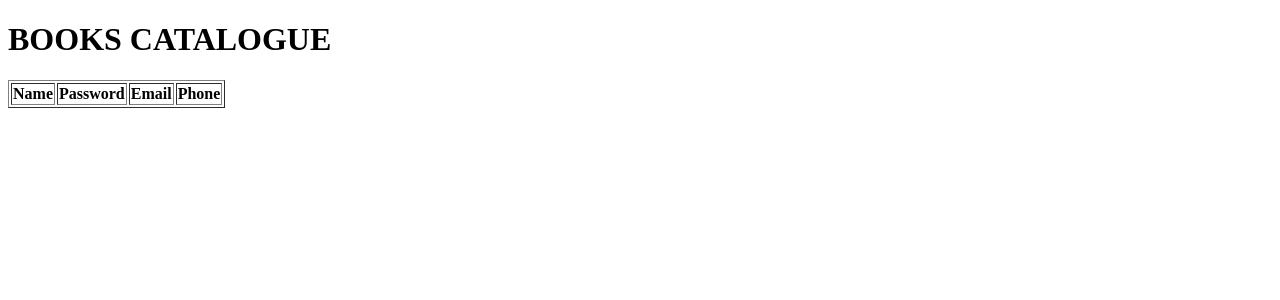
Repository: nikhilbad7/jsp-practicals
Page: http://localhost/classwork/exp12showbooks.jsp
An editor plug-in stored every save of this project. The page is shown before and after the next save, followed by the edit.
The browser window is 1280 px wide. The pictures show the whole page.
The page is served by Tomcat 9. Queries for data that is not in the repository find no rows.

Above is the page before, as saved 2018-04-11 08:58:06.

After the next save:
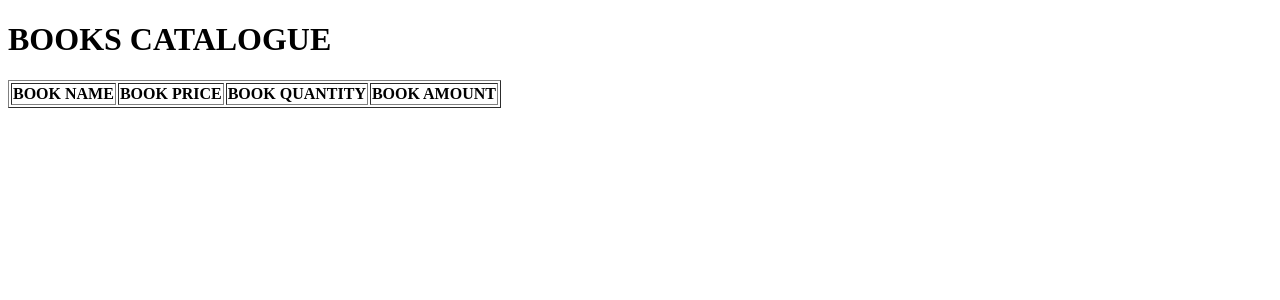
Saved 48 s later.
--- a/classwork/WebContent/exp12showbooks.jsp
+++ b/classwork/WebContent/exp12showbooks.jsp
@@ -30,10 +30,10 @@ rs= (ResultSet) stmt.executeQuery(q);
 %>
 <table border=1>
 <tr>
-	<th>Name</th>
-	<th>Password</th>
-	<th>Email</th>
-	<th>Phone</th>
+	<th>BOOK NAME</th>
+	<th>BOOK PRICE</th>
+	<th>BOOK QUANTITY</th>
+	<th>BOOK AMOUNT</th>
 </tr> <%
 while(rs.next()){
 	String name = rs.getString("name");
